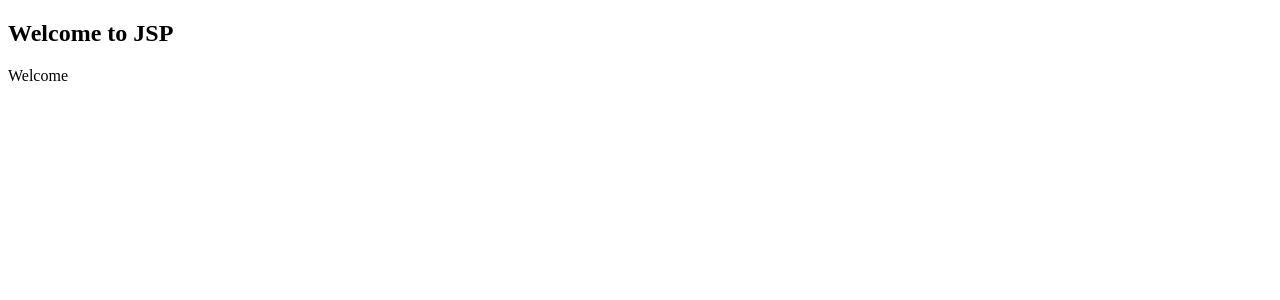
Repository: pmeher001/CGI_Tranning_Advance
Page: http://localhost/JSPPage/
The author's editor kept a copy of each file at every save. The page is drawn from the files as they stood at one save, then again after the next save.
The browser window is 1280 px wide. The pictures show the whole page.
The page is served by Tomcat 9.

Above is the page before, as saved 2025-08-14 04:26:11.

### J2ee/JSPPage/src/main/webapp/index.jsp
<%@ page language="java" contentType="text/html; charset=UTF-8"
    pageEncoding="UTF-8"%>
<!DOCTYPE html>
<html>
<head>
<meta charset="UTF-8">
<title>Insert title here</title>
</head>
<body>
<h2>Welcome to JSP</h2>
<%out.println("Welcome");
%>
</body>
</html>

After the next save:
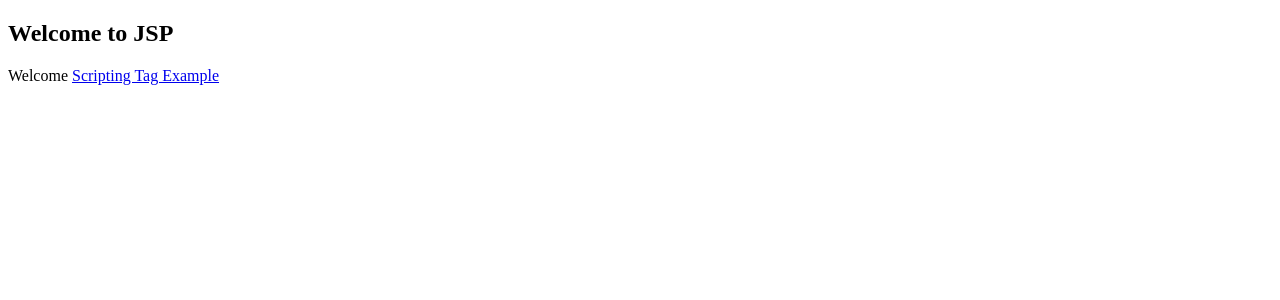
Saved 17 min 56 s later.
--- a/J2ee/JSPPage/src/main/webapp/index.jsp
+++ b/J2ee/JSPPage/src/main/webapp/index.jsp
@@ -10,5 +10,6 @@
 <h2>Welcome to JSP</h2>
 <%out.println("Welcome");
 %>
+<a href="simpleCalculation.jsp">Scripting Tag Example</a>
 </body>
 </html>
